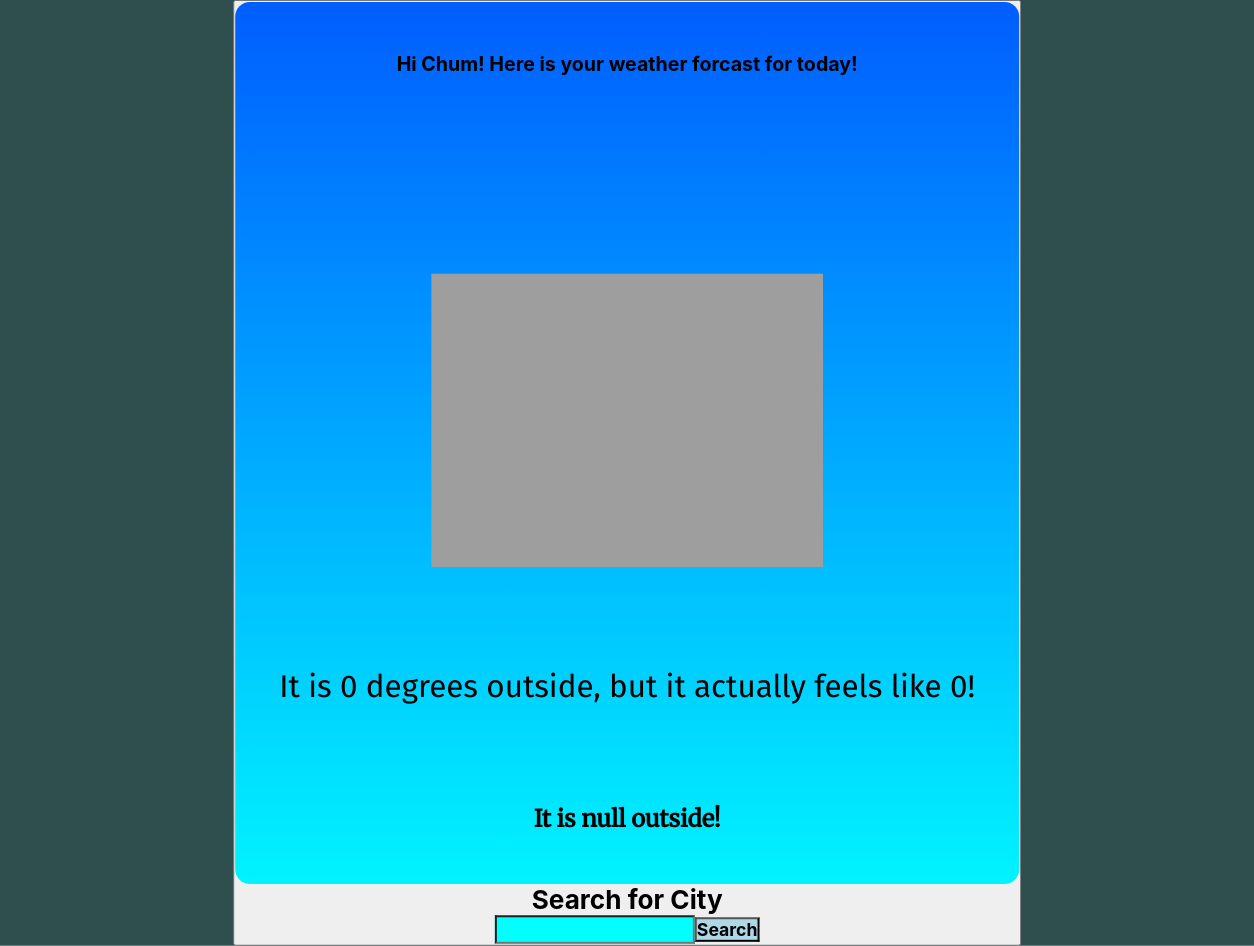
Repository: sayrilamar/chumsweatherapp
Page: /
These files come from the project's save history. The page is drawn as it stood at one moment and after a run of saves; the edit follows.
The browser window is 1280 px wide. The pictures show the whole page, at 98% of full size.
Pictures or frames that could not be fetched are drawn as grey boxes. The page's requests for data from a server got no answer. The project was rebuilt for these pictures with package versions that can differ from the ones it lists, and the page was loaded fresh each time. No one was signed in, and anything a server would have sent is missing.

Above is the page before, as saved 2020-04-19 13:55:13.

After the next 2 saves:
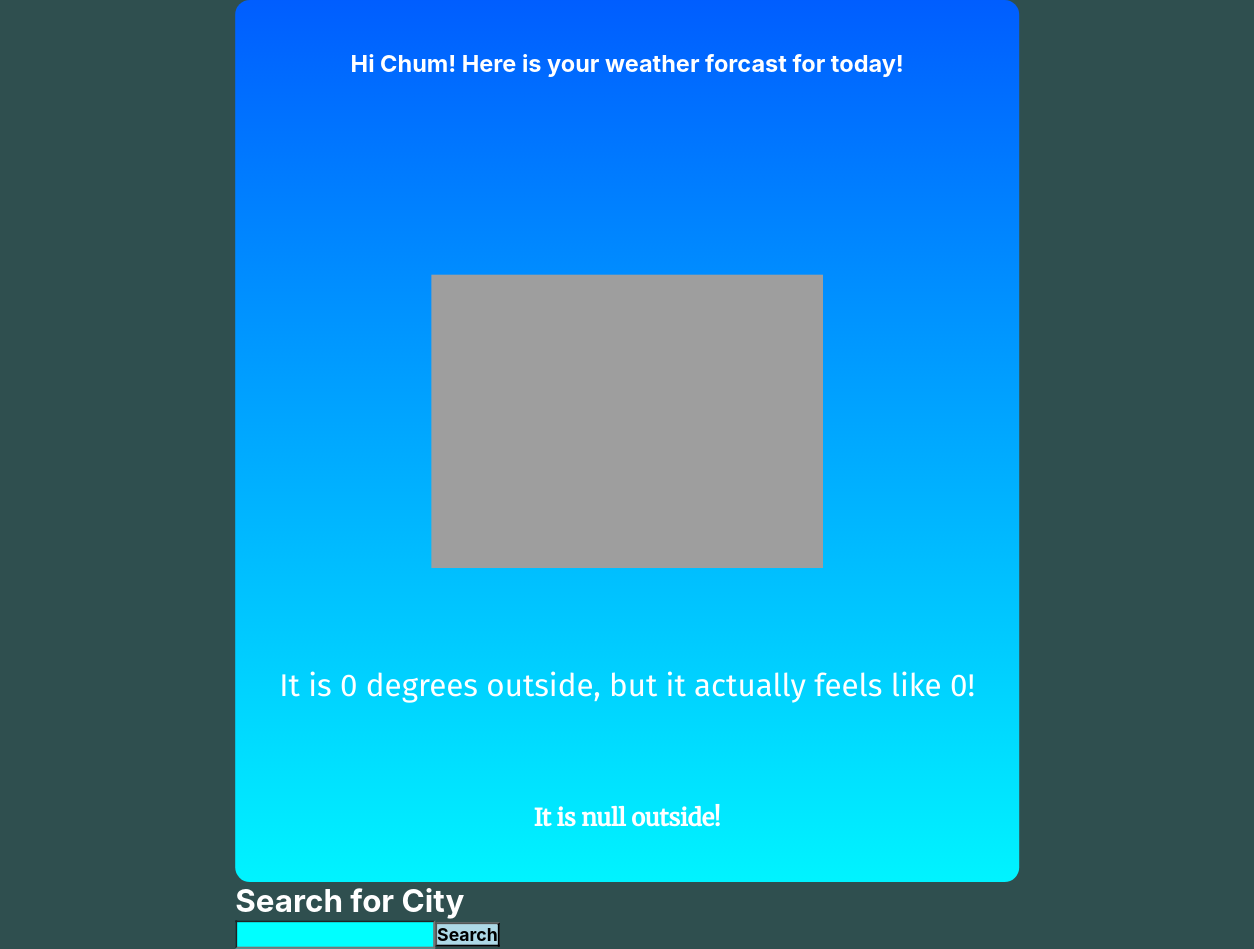
The 2 saves are shown as one change because 1 did not build or start.
The last was saved 2 min 24 s later.
--- a/src/App.js
+++ b/src/App.js
@@ -1,11 +1,13 @@
-import React, { useState, useEffect } from "react";
+import React, {useState, useEffect} from "react";
 import "./App.css";
 import WeatherCard from "./components/WeatherCard/component.js";
 
 function App() {
   const location = "Atlanta";
-  const [query, setQuery] = useState("");
-  const [weather, setWeather] = useState({
+  const [query,
+    setQuery] = useState("");
+  const [weather,
+    setWeather] = useState({
     temp: null,
     city: null,
     condition: null,
@@ -16,9 +18,7 @@ function App() {
   });
 
   const data = async q => {
-    const apiRes = await fetch(
-      `http://api.openweathermap.org/data/2.5/weather?q=${q}&units=imperial&APPID=ab0ef440364092f54ff821ca2b803163`
-    );
+    const apiRes = await fetch(`http://api.openweathermap.org/data/2.5/weather?q=${q}&units=imperial&APPID=ab0ef440364092f54ff821ca2b803163`);
     const resJSON = await apiRes.json();
     return resJSON;
   };
@@ -57,7 +57,7 @@ function App() {
 
   return (
     <div className="App">
-      <button>
+      <div>
         <WeatherCard
           temp={Math.round(weather.temp)}
           condition={weather.condition}
@@ -65,20 +65,18 @@ function App() {
           state={weather.country}
           description={weather.description}
           icon={weather.icon}
-          feels_like={Math.round(weather.feels_like)}
-        />
+          feels_like={Math.round(weather.feels_like)}/>
         <h1>Search for City</h1>
         <form>
           <input
             className="input"
             value={query}
-            onChange={e => setQuery(e.target.value)}
-          />
+            onChange={e => setQuery(e.target.value)}/>
           <button className="button" onClick={e => handleSearch(e)}>
             Search
           </button>
         </form>
-      </button>
+      </div>
     </div>
   );
 }
